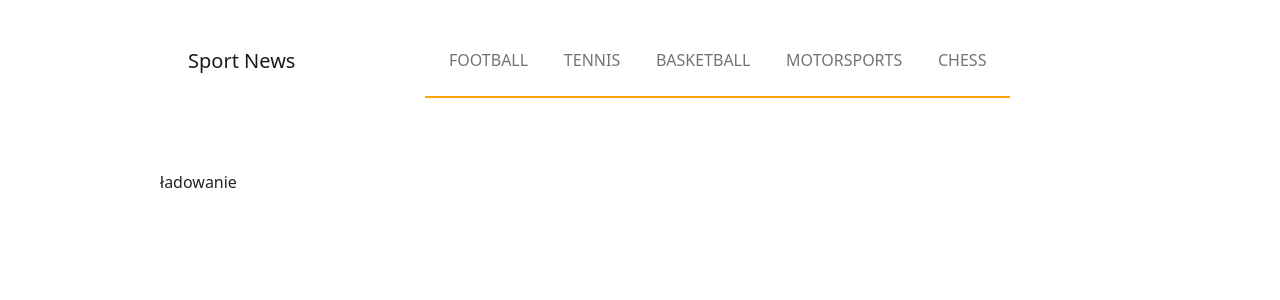
Repository: michalgornicki/sportnews
Page: /
The author's editor kept a copy of each file at every save. The page is drawn from the files as they stood at one save, then again after a run of saves.
The browser window is 1280 px wide. The pictures show the whole page.
The page's requests for data from a server got no answer. The project was rebuilt for these pictures with package versions that can differ from the ones it lists, and the page was loaded fresh each time. No one was signed in, and anything a server would have sent is missing. Also part of the build but not shown: src/components/posts/Post.jsx.

Above is the page before, as saved 2022-03-02 08:48:18.

### src/App.jsx
import React, { useState, useEffect } from "react";
import { Route, HashRouter as Router, Routes } from "react-router-dom";
import "./App.scss";
import "bootstrap/dist/css/bootstrap.min.css";
import Navbar from "react-bootstrap/Navbar";
import Nav from "react-bootstrap/Nav";
import Container from "react-bootstrap/Container";
import Home from "./components/Home.jsx";
import Post from "./components//posts/Post.jsx";
import { Link } from "react-router-dom";


function App() {



    const [Posts, setPosts] = useState();
    const [Photos, setPhotos] = useState();
    const [Comments, setComments] = useState();

    useEffect(() => {
      fetch("https://jsonplaceholder.typicode.com/posts")
        .then((response) => response.json())
        .then((json) => setPosts(json));

      fetch("https://jsonplaceholder.typicode.com/photos")
        .then((response) => response.json())
        .then((json) => setPhotos(json));

        fetch("https://jsonplaceholder.typicode.com/comments")
        .then((response) => response.json())
        .then((json) => setComments(json));
    }, []);

  return (
    <Router>
      <>
        <Navbar className="navbar py-4" bg="white" expand="lg">
          <Container className="w-75 m-auto">
            <Link className="link" to="/">
            <Navbar.Brand className="px-3">
              Sport News
            </Navbar.Brand>
            </Link>
            <Navbar.Toggle aria-controls="basic-navbar-nav" />
            <Navbar.Collapse id="basic-navbar-nav">
              <Nav className="nav m-auto p-3 w-75 justify-content-between">
                <Nav.Link href="#link">FOOTBALL</Nav.Link>
                <Nav.Link href="#link">TENNIS</Nav.Link>
                <Nav.Link href="#link">BASKETBALL</Nav.Link>
                <Nav.Link href="#link">MOTORSPORTS</Nav.Link>
                <Nav.Link href="#link">CHESS</Nav.Link>
              </Nav>
            </Navbar.Collapse>
          </Container>
        </Navbar>

        <Routes>
          <Route path="/" element={<Home Posts={Posts} Photos={Photos} Comments={Comments} />} />
          <Route path="/posts/:id" element={<Post Posts={Posts} Photos={Photos} Comments={Comments} />} />
        </Routes>

      </>
    </Router>
  );
}

export default App;

### src/App.scss
$mainColor: black;
$secondaryColor: rgb(255, 255, 255);
$hoverColor: rgb(255, 161, 74);
$myFont: 'PT Sans', sans-serif;

@import url('https://fonts.googleapis.com/css2?family=PT+Sans&display=swap');


body{
  font-family:Cambria, Cochin, Georgia, Times, 'Times New Roman', serif
}

.post:nth-child(7n-6) {
  width: 65%;
}

.post:nth-child(7n-5) {
  width: 32%;
}

.post:nth-child(7n-4) {
  width: 48%;
}

.post:nth-child(7n-3) {
  width: 48%;
}

.post {
  color: $mainColor;
  width: 30%;
  cursor: pointer;
  margin-top: 1rem;
}

.post--hover:hover {
  color: $hoverColor;
}

.post__title {
  font-weight: 600;
  font-size: 1.5rem;
  padding-left: 1rem;
  padding-right: 1rem;
}

.post__title::first-letter {
  text-transform: uppercase;
}

.post:nth-child(7n-6) .post__title {
  font-size: 3rem;
}

.post:nth-child(7n-6) .post__image, .post:nth-child(7n-5) .post__image, .post:nth-child(7n-4) .post__image, .post:nth-child(7n-3) .post__image {
  height: 450px;
}

.post__image {
  width: 100%;
  height: 250px;
}

.post__body {
  font-size: 2rem;
  margin-top: 4rem;
  margin-bottom: 4rem;
}

.post__body--uppercase::first-letter{
  text-transform: capitalize;
}

.link{
  color: initial;
  text-decoration: initial;
}

.link:hover{
  color: $hoverColor;
}

.comment{
  width: 50%;
  margin-top: 1rem;
  margin-bottom: 1rem;
  margin-left: 2rem;
}

.comment__name{
  color: rgb(0, 89, 172);
  font-weight: 600;
}

.comment__name:first-letter{
  text-transform: capitalize;
}

.comment__body{
  font-weight: 100;
}

.comment__body:first-letter{
  text-transform: capitalize;
}

.comment__button{
  color: rgb(0, 89, 172);
  cursor: pointer;
}

.input{
  width: 50%;

}

.input__field{
  height: 6rem;
}

.input__button{

}

.nav{
  border-bottom: 2px solid orange;
}

$breakpoint-tablet: 1000px;
@media (max-device-width: $breakpoint-tablet), (max-width: $breakpoint-tablet) {
  .post, .post:nth-child(7n-6), .post:nth-child(7n-5) {
    width: 100%;
  }

  .post:nth-child(7n-6) .post__image, .post:nth-child(7n-5) .post__image, .post__image {
    height: 450px;
  }

}

### src/components/Home.jsx
import React, { useState, useEffect } from "react";
import { Link } from "react-router-dom";
import { useLocation } from "react-router-dom";


function Home(props) {

  const { pathname } = useLocation();

  useEffect(() => {
    window.scrollTo(0, 0);
  }, [pathname]);


  return (
    <>
      <div className="w-75 d-flex flex-wrap justify-content-between m-auto pt-5">
        {props.Posts && props.Photos ? (
          props.Posts.map((item, id) => (
            <div className="post post--hover">
            <Link className="link" to={"/posts/" + item.id}>

              <img className="post__image" src={props.Photos[id].url} alt="" />
              <div className="post__title">{item.title}</div>
            </Link>

            </div>
          ))
        ) : (
          <div className="post__loading">ładowanie</div>
        )}
      </div>
    </>
  );
}

export default Home;

Loaded but not shown: public/index.html (common file); src/index.js (common file); src/index.css (common file); src/reportWebVitals.js (common file)

After the next 2 saves:
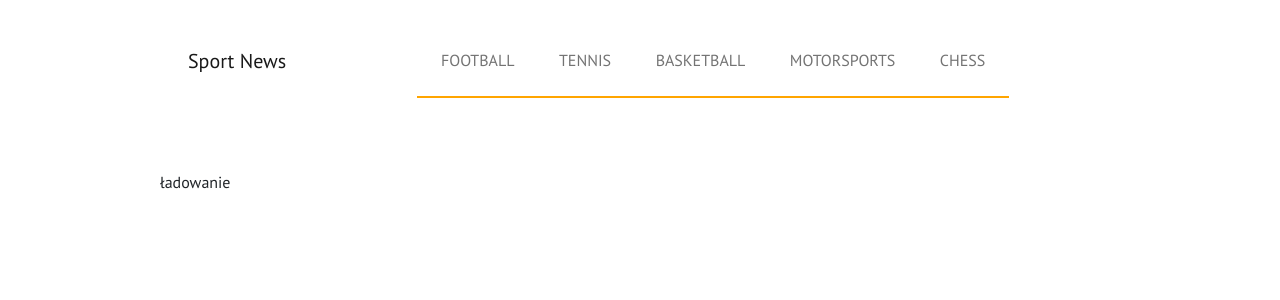
The 2 saves are shown as one change because they came seconds apart.
The last was saved 9 s later.
--- a/src/App.scss
+++ b/src/App.scss
@@ -7,7 +7,7 @@ $myFont: 'PT Sans', sans-serif;
 
 
 body{
-  font-family:Cambria, Cochin, Georgia, Times, 'Times New Roman', serif
+  font-family: $myFont!important;
 }
 
 .post:nth-child(7n-6) {
